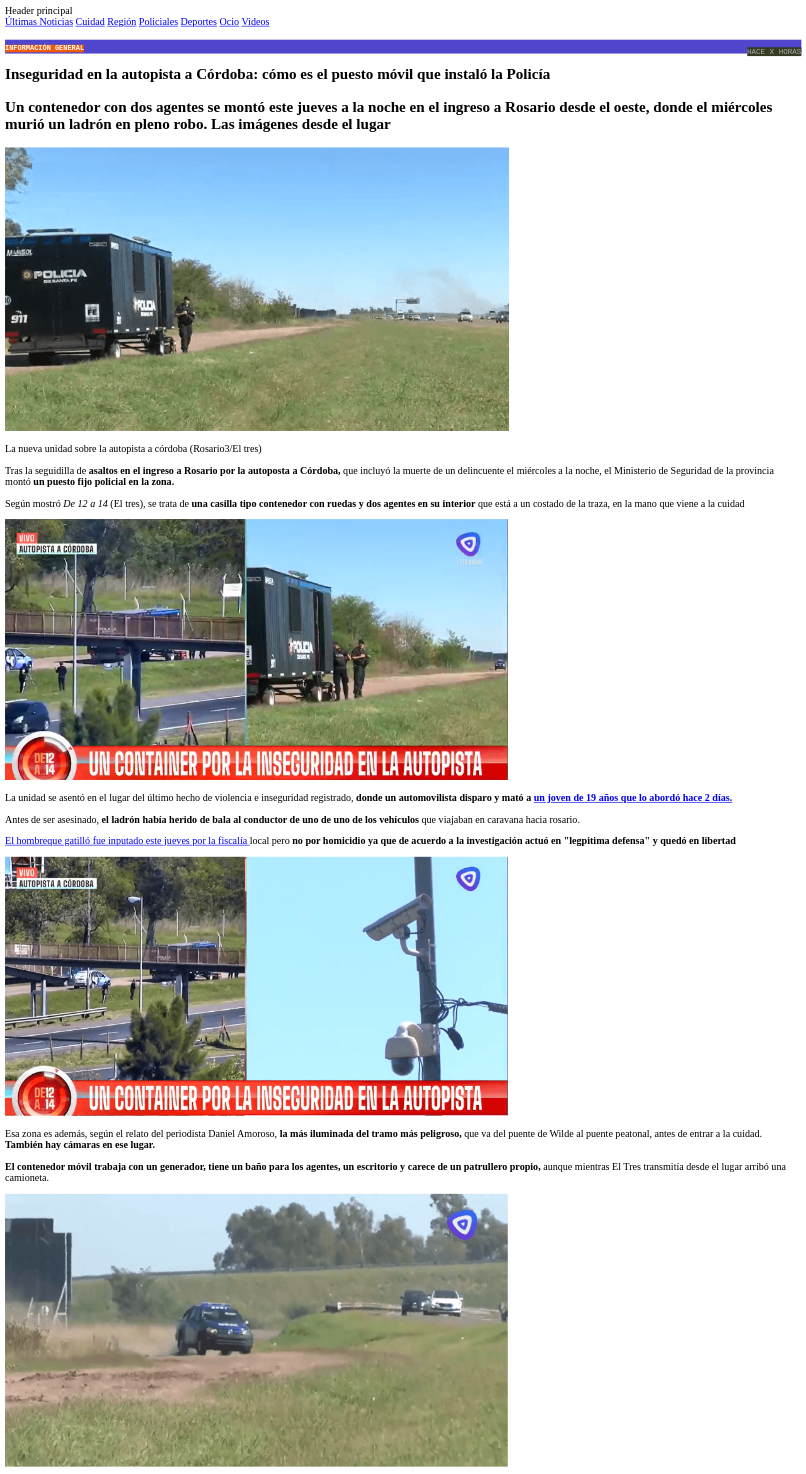
Repository: Larrowo/LPPA
Page: Clase 2/index.html
An editor plug-in stored every save of this project. The page is shown before and after the next save, followed by the edit.
The browser window is 1280 px wide. The pictures show the whole page, at 63% of full size.

Above is the page before, as saved 2022-04-19 13:52:02.

### Clase 2/index.html
<!DOCTYPE html>
<html lang="en">
<head>
    <meta charset="UTF-8">
    <meta http-equiv="X-UA-Compatible" content="IE=edge">
    <meta name="viewport" content="width=device-width, initial-scale=1.0">
    <title>Noticia LPPA</title>
    <link rel="stylesheet" href="style.css">
</head>
<body>
    <header>
        Header principal
        <div class="logo"></div>
        <div class="headerContent">
            <a class="linkHeader" href="https://www.rosario3.com/seccion/ultimas-noticias/">Últimas Noticias</a>
            <a class="linkHeader" href="https://www.rosario3.com/seccion/ciudad/">Cuidad</a>
            <a class="linkHeader" href="https://www.rosario3.com/seccion/region/">Región</a>
            <a class="linkHeader" href="https://www.rosario3.com/seccion/policiales/">Policiales</a>
            <a class="linkHeader" href="https://www.rosario3.com/seccion/deportes/">Deportes</a>
            <a class="linkHeader" href="https://www.rosario3.com/seccion/ocio/">Ocio</a>
            <a class="linkHeader" href="https://www.rosario3.com/seccion/videos/">Videos</a>
        </div>
    </header>
    <main class="conteiner">
        <article class="articulo">
            <div class="notaMainPart">
                <div class="notaTopPart">
                    <div class="volanta">
                        <h3 class="claseNoticia">
                            <a class="linkClaseNoticia" href="https://www.rosario3.com/seccion/informacion-general" style="text-decoration:none">Información General</a>
                        </h3>
                        <p class="fecha-nota"><time>Hace x Horas</time></p>

                    </div>
                    <h1>
                        Inseguridad en la autopista a Córdoba: cómo es el puesto móvil que instaló la Policía
                    </h1>
                    <h2>
                        <p>
                            Un contenedor con dos agentes se montó este jueves a la noche en el ingreso a Rosario desde el oeste, donde el miércoles murió un ladrón en pleno robo. Las imágenes desde el lugar
                        </p>
                    </h2>
                    <div class="fotoPrincipal">
                        <img src="/Clase 2/photos/fotoPrincipal.png" alt="">

                    </div>
                    <div class="descripcionFoto">
                        <p>La nueva unidad sobre la autopista a córdoba (Rosario3/El tres)</p>
                    </div>
                </div>
                <div class="cuerpoNota">
                    <p>Tras la seguidilla de <strong> asaltos en el ingreso a Rosario por la autoposta a Córdoba,</strong> que incluyó la muerte de un delincuente el miércoles a la noche, el Ministerio de Seguridad de la provincia montó <strong>un puesto fijo policial en la zona.</strong></p>
                    <p>Según mostró <em>De 12 a 14</em> (El tres), se trata de <strong>una casilla tipo contenedor con ruedas y dos agentes en su interior</strong> que está a un costado de la traza, en la mano que viene a la cuidad</p>
                    <div class="segundaImagen">
                        <img src="/Clase 2/photos/segundaImagen.png" alt="">
                    </div>
                    <p>La unidad se asentó en el lugar del último hecho de violencia e inseguridad registrado, <strong>donde un automovilista disparo y mató a <a href="https://www.rosario3.com/policiales/Quien-era-y-que-se-sabe-del-crimen-del-ladron-en-la-autopista-Rosario-Cordoba-20220414-0011.html" target="_blank"> un joven de 19 años que lo abordó hace 2 días.</a></strong></p>
                    <p>Antes de ser asesinado, <strong>el ladrón había herido de bala al conductor de uno de uno de los vehículos </strong>que viajaban en caravana hacia rosario.</p>
                    <p><a href="https://www.rosario3.com/policiales/Ladron-muerto-en-la-autopista-imputaron-al-automovilista-pero-bajo-legitima-defensa-20220414-0082.html" target="_blank">El hombreque gatilló fue inputado este jueves por la fiscalía </a>local pero <strong>no por homicidio ya que de acuerdo a la investigación actuó en "legpitima defensa" y quedó en libertad</strong></p>
                    <div class="terceraImagen">
                        <img src="/Clase 2/photos/terceraImagen.png" alt="">
                    </div>
                    <p>Esa zona es además, según el relato del periodista Daniel Amoroso, <strong>la más iluminada del tramo más peligroso,</strong> que va del puente de Wilde al puente peatonal, antes de entrar a la cuidad. <Strong>También hay cámaras en ese lugar.</Strong></p>
                    <p><strong>El contenedor móvil trabaja con un generador, tiene un baño para los agentes, un escritorio y carece de un patrullero propio,</strong> aunque mientras El Tres transmitía desde el lugar arribó una camioneta.</p>
                    <div class="cuartaImagen">
                        <img src="/Clase 2/photos/cuartaImagen.png" alt="">
                    </div>
                </div>
            </div>
        </article>
    </main>
</body>
</html>

### Clase 2/style.css
.fecha-nota{
   font-family: "Space Mono", monospace;
   color: #adadad;
   text-transform: uppercase;
   font-size: 12px;
   position: absolute;
   top: 0;
   right: 0;
   background-color: #333c23
}

.linkClaseNoticia{
    position: relative;
    color: #ffffff;
    background-color: #f15a08;
    text-transform: uppercase;
    font-size:11px;
    font-family: "Space Mono", monospace;
}

.volanta{
    position: relative;
    background-color: #5045cd;
}

After the next save:
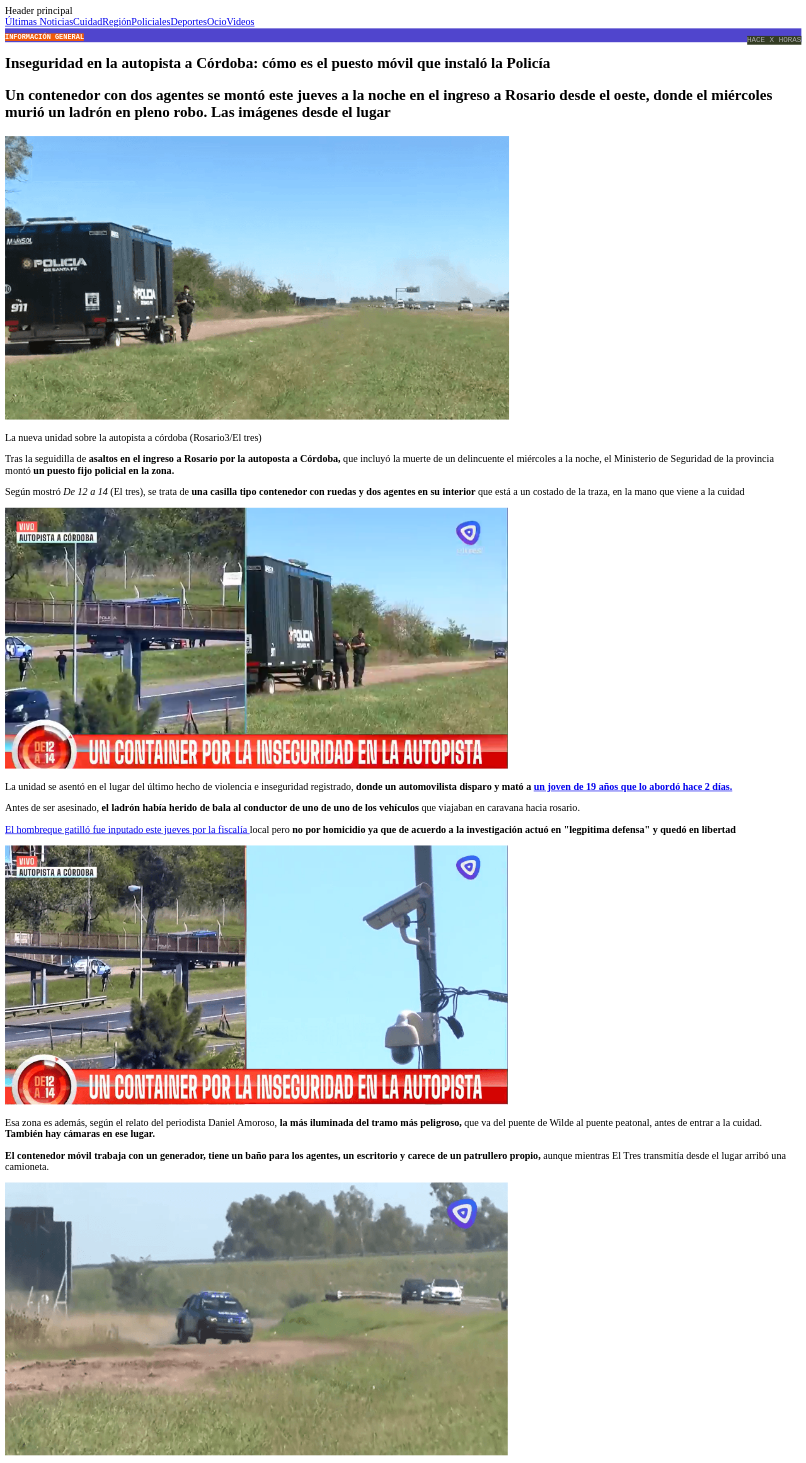
Saved 18 s later.
--- a/Clase 2/style.css
+++ b/Clase 2/style.css
@@ -22,3 +22,7 @@
     position: relative;
     background-color: #5045cd;
 }
+
+.linkHeader{
+    float: left
+}
